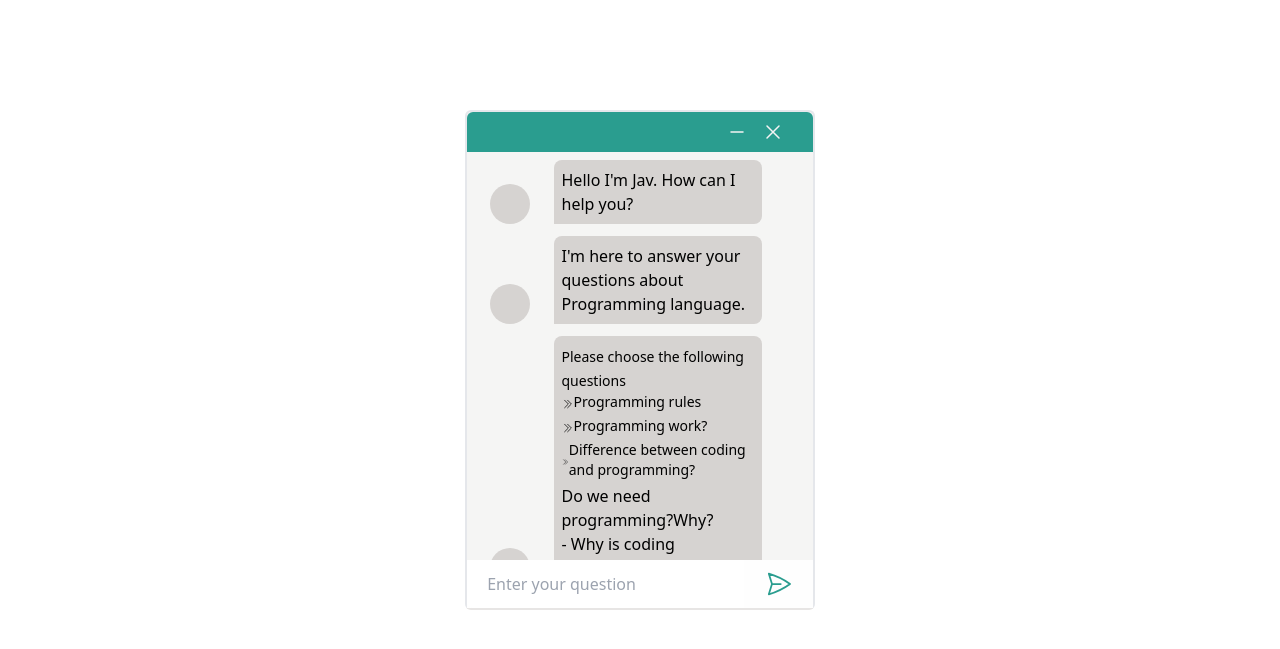
Repository: hsumyatm7308/Chatbot
Page: index.html
These files come from the project's save history. The page is drawn as it stood at one moment and after the next save; the edit follows.
The browser window is 1280 px wide. The pictures show the whole page.
Some web libraries are served in a nearby version.

Above is the page before, as saved 2023-07-09 12:46:17.

After the next save:
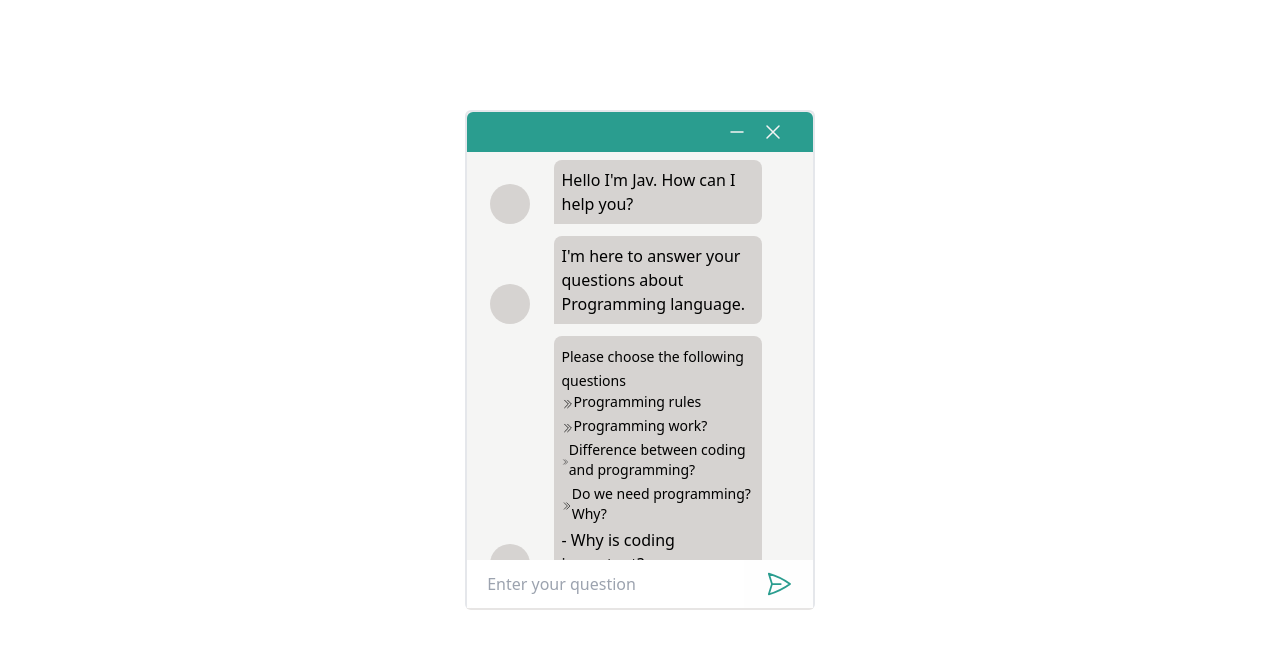
Saved 20 s later.
--- a/index.html
+++ b/index.html
@@ -94,10 +94,20 @@
                                                     <path stroke-linecap="round" stroke-linejoin="round"
                                                         d="M11.25 4.5l7.5 7.5-7.5 7.5m-6-15l7.5 7.5-7.5 7.5" />
                                                 </svg>
-                                                <span class="mb-1"> Difference between coding and programming?</span></a></li>
+                                                <span class="mb-1"> Difference between coding and
+                                                    programming?</span></a></li>
+
+                                        <li class="text-md flex"><a href=""
+                                                class="text-sm flex justify-center items-center"><svg
+                                                    xmlns="http://www.w3.org/2000/svg" fill="none" viewBox="0 0 24 24"
+                                                    stroke-width="1.5" stroke="currentColor" class="w-3 h-3">
+                                                    <path stroke-linecap="round" stroke-linejoin="round"
+                                                        d="M11.25 4.5l7.5 7.5-7.5 7.5m-6-15l7.5 7.5-7.5 7.5" />
+                                                </svg>
+                                                <span class="mb-1"> Do we need programming?Why?</span></a></li>
 
 
-                                        <li class="text-md"><a href="">Do we need programming?Why?</a></li>
+                                        <li class="text-md"><a href=""></a></li>
                                         <li class="text-md"><a href="">- Why is coding important?</a></li>
                                     </ul>
                                 </span>
